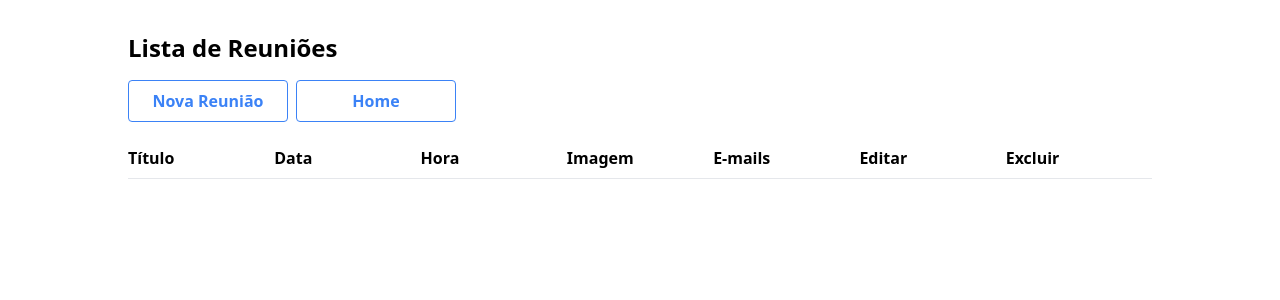
Repository: TamiBeira/meeting
Page: /meetings
The author's editor kept a copy of each file at every save. The page is drawn from the files as they stood at one save, then again after the next save.
The browser window is 1280 px wide. The pictures show the whole page.
The project was rebuilt for these pictures with package versions that can differ from the ones it lists, and the page was loaded fresh each time. Also part of the build but not shown: vite.config.ts, src/contexts/FormContext.tsx, src/components/Form.tsx, src/components/HomePage.tsx.

Above is the page before, as saved 2024-02-26 23:43:37.

### index.html
<!doctype html>
<html lang="pt">
  <head>
    <meta charset="UTF-8" />
    <meta name="viewport" content="width=device-width, initial-scale=1.0" />
    <title>Meeting</title>
  </head>
  <body>
    <div id="root"></div>
    <script type="module" src="/src/main.tsx"></script>
  </body>
</html>

### src/app.tsx
import { BrowserRouter as Router, Routes, Route } from 'react-router-dom';
import { FormProvider } from './contexts/FormContext';
import { MeetingsProvider } from './contexts/MeetingsContext';
import { Form } from './components/Form';
import { MeetingsView } from './components/MeetingsView';
import { HomePage } from './components/HomePage';

export const App = () => {
  return (
    <Router>
      <Routes>
        <Route path="/" element={<HomePage />} />
        <Route path="/form" element={<FormProvider><Form /></FormProvider>} />
        <Route path="/meetings" element={<MeetingsProvider><MeetingsView /></MeetingsProvider>} />
      </Routes>
    </Router>
  );
};

### src/contexts/MeetingsContext.tsx
import React, { createContext, useState, useEffect, useContext } from 'react';
import { toast } from 'react-toastify';

export interface Meeting {
  title: string;
  data: string;
  hora: string;
  imagem?: string; // Tornando a propriedade imagem opcional
  imagemPath?: string;
  emails: string[];
}

interface MeetingsContextType {
  meetings: Meeting[];
  editableIndex: number | null;
  editedMeeting: Meeting;
  handleEdit: (index: number) => void;
  handleSave: () => void;
  handleDelete: (index: number) => void;
  handleInputChange: (event: React.ChangeEvent<HTMLInputElement>, key: string) => void;
}

interface MeetingContextProviderProps {
  children: React.ReactNode;
}

const MeetingsContext = createContext<MeetingsContextType | undefined>(undefined);

export const useMeetingsContext = () => {
  const context = useContext(MeetingsContext);
  if (!context) {
    throw new Error('useMeetingsContext must be used within a MeetingsProvider');
  }
  return context;
};

export const MeetingsProvider: React.FC<MeetingContextProviderProps> = ({ children }) => {
  const [meetings, setMeetings] = useState<Meeting[]>([]);
  const [editableIndex, setEditableIndex] = useState<number | null>(null);
  const [editedMeeting, setEditedMeeting] = useState<Meeting>({
    title: '',
    data: '',
    hora: '',
    emails: [],
  });

  useEffect(() => {
    const storedMeetings = localStorage.getItem('meetingData');
    if (storedMeetings) {
      setMeetings(JSON.parse(storedMeetings));
    }
  }, []);

  const handleEdit = (index: number) => {
    setEditableIndex(index);
    setEditedMeeting(meetings[index]);
    toast.success('Reunião editada com sucesso!');
  };

  const handleSave = () => {
    if (editableIndex === null) return;

    const updatedMeetings = [...meetings];
    updatedMeetings[editableIndex] = editedMeeting;
    setMeetings(updatedMeetings);
    localStorage.setItem('meetingData', JSON.stringify(updatedMeetings));
    setEditableIndex(null);
    setEditedMeeting({
      title: '',
      data: '',
      hora: '',
      emails: [],
    });
    toast.success('Reunião salva com sucesso!');
  };

  const handleDelete = (index: number) => {
    const confirmDelete = window.confirm('Tem certeza que deseja excluir esta reunião?');
    if (confirmDelete) {
      const updatedMeetings = [...meetings];
      updatedMeetings.splice(index, 1);
      setMeetings(updatedMeetings);
      localStorage.setItem('meetingData', JSON.stringify(updatedMeetings));
      toast.success('Reunião excluída com sucesso!');
    }
  };

  const handleInputChange = (event: React.ChangeEvent<HTMLInputElement>, key: string) => {
    setEditedMeeting({ ...editedMeeting, [key]: event.target.value });
  };

  const contextValue: MeetingsContextType = {
    meetings,
    editableIndex,
    editedMeeting,
    handleEdit,
    handleSave,
    handleDelete,
    handleInputChange,
  };

  return (
    <MeetingsContext.Provider value={contextValue}>
      {children}
    </MeetingsContext.Provider>
  );
};

### src/components/MeetingsView.tsx
import React from 'react';
import { Link } from 'react-router-dom';
import { ToastContainer } from 'react-toastify';
import { FaEdit, FaTrash } from 'react-icons/fa';
import { useMeetingsContext } from '../contexts/MeetingsContext';

export const MeetingsView: React.FC = () => {
  const {
    meetings,
    editableIndex,
    editedMeeting,
    handleEdit,
    handleSave,
    handleDelete,
    handleInputChange,
  } = useMeetingsContext();

  const handleImageChange = (e: React.ChangeEvent<HTMLInputElement>) => {
    const file = e.target.files && e.target.files[0];
    if (file) {
      const reader = new FileReader();
      reader.onloadend = () => {
        const imageDataUrl = reader.result as string;
        handleInputChange({ target: { value: imageDataUrl } } as React.ChangeEvent<HTMLInputElement>, 'imagem');
      };
      reader.readAsDataURL(file);
    }
  };

  return (
    <div className="max-w-5xl mx-auto mt-8">
      <h2 className="text-2xl font-bold mb-4">Lista de Reuniões</h2>
      <div className="mt-4 mb-4">
      <Link to="/form" className="w-40 inline-block text-center border border-solid border-blue-500 text-blue-500 font-bold mr-2 px-4 py-2 rounded">Nova Reunião</Link>
      <Link to="/" className="w-40 inline-block text-center border border-solid border-blue-500 text-blue-500 font-bold px-4 py-2 rounded">Home</Link>
      </div>
      <ul>
        <li className="border-b border-gray-200 py-2 flex sm:flex-row font-semibold">
        <div className="w-1/5 text-100">Título</div>
        <div className="w-1/5 text-18">Data</div>
        <div className="w-1/5 text-18">Hora</div>
        <div className="w-1/5 text-18">Imagem</div>
        <div className="w-1/5 text-18">E-mails</div>
        <div className="w-1/5 text-18">Editar</div>
        <div className="w-1/5 text-18">Excluir</div>

        </li>
        {meetings.map((meeting, index) => (
          <li key={index} className="border-b border-gray-200 py-4 flex flex-col sm:flex-row justify-center items-center">
            {editableIndex === index ? (
              <>
                <input
                  type="text"
                  value={editedMeeting.title}
                  onChange={(e) => handleInputChange(e, 'title')}
                  className="mb-2 sm:mb-0 mr-4 px-4 py-2 border rounded-md shadow-sm focus:outline-none focus:ring-blue-500 focus:border-blue-500 max-w-28"
                  placeholder="Título"
                />
                <input
                  type="date"
                  value={editedMeeting.data}
                  onChange={(e) => handleInputChange(e, 'data')}
                  className="mb-2 sm:mb-0 mr-4 px-4 py-2 border rounded-md shadow-sm focus:outline-none focus:ring-blue-500 focus:border-blue-500"
                />
                <input
                  type="time"
                  value={editedMeeting.hora}
                  onChange={(e) => handleInputChange(e, 'hora')}
                  className="mb-2 sm:mb-0 mr-4 px-4 py-2 border rounded-md shadow-sm focus:outline-none focus:ring-blue-500 focus:border-blue-500"
                />
                <div className="flex items-center w-1/5">
                  <input
                    type="file"
                    accept="image/*"
                    onChange={handleImageChange}
                    className="hidden"
                    id="input-image"
                  />
                  <label htmlFor="input-image" className="cursor-pointer mr-2">Escolher</label>
                  {editedMeeting.imagem && (
                    <img src={editedMeeting.imagem} alt="Imagem da reunião" className="max-w-xs h-12" />
                  )}
                </div>
                <input
                  type="text"
                  value={editedMeeting.emails.join(', ')}
                  onChange={(e) => handleInputChange(e, 'emails')}
                  className="mb-2 sm:mb-0 mr-4 px-4 py-2 border rounded-md shadow-sm focus:outline-none focus:ring-blue-500 focus:border-blue-500 w-64"
                  placeholder="E-mails"
                />
                <div>
                  <button
                    onClick={handleSave}
                    className="bg-green-500 hover:bg-green-700 text-white font-bold py-2 px-4 mr-2 rounded"
                  >
                    Salvar
                  </button>
                </div>
              </>
            ) : (
              <>
                <div className="w-1/5">{meeting.title}</div>
                <div className="w-1/5">{meeting.data}</div>
                <div className="w-1/5">{meeting.hora}</div>
                <div className="w-1/5">
                  <img src={meeting.imagem} alt="Imagem da reunião" width={50} height={50} className="max-w-xs mx-auto mt-2" />
                </div>
                <div className="w-1/5">{Array.isArray(meeting.emails) ? meeting.emails.join(', ') : ''}</div>
                <div className="w-1/5">
                  <button
                    onClick={() => handleEdit(index)}
                    className="text-blue-500 font-bold"
                  >
                    <FaEdit className="inline-block mr-1" />
                  </button>
                </div>
                <div className='w-1/5 justify-center'>
                  <button
                    onClick={() => handleDelete(index)}
                    className="text-red-500 font-bold"
                  >
                    <FaTrash className="inline-block mr-1" />
                  </button>
                </div>
              </>
            )}
          </li>
        ))}
      </ul>
      <ToastContainer />
    </div>
  );
};

### tailwind.config.js
/** @type {import('tailwindcss').Config} */
export default {
  content: [
    "./index.html",
    "./src/**/*.tsx",
  ],
  theme: {
    extend: {},
  },
  plugins: [],
}

Loaded but not shown: src/main.tsx (common file); src/index.css (common file)

After the next save:
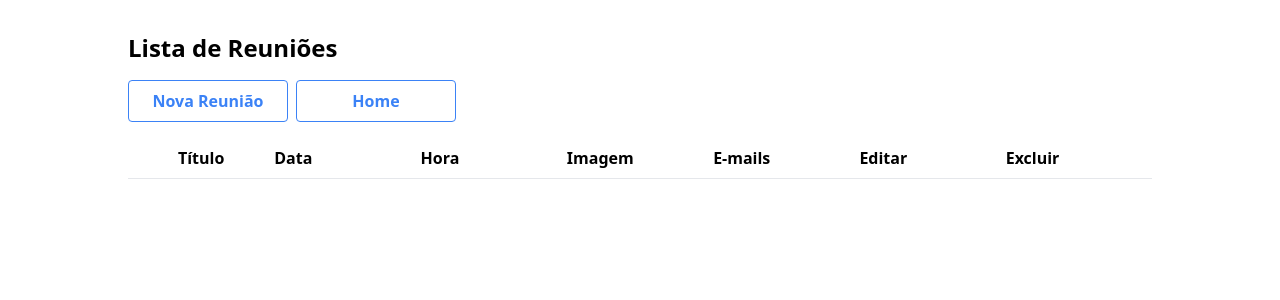
Saved 20 s later.
--- a/src/components/MeetingsView.tsx
+++ b/src/components/MeetingsView.tsx
@@ -36,7 +36,7 @@ export const MeetingsView: React.FC = () => {
       </div>
       <ul>
         <li className="border-b border-gray-200 py-2 flex sm:flex-row font-semibold">
-        <div className="w-1/5 text-100">Título</div>
+        <div className="w-1/5 text-center">Título</div>
         <div className="w-1/5 text-18">Data</div>
         <div className="w-1/5 text-18">Hora</div>
         <div className="w-1/5 text-18">Imagem</div>
